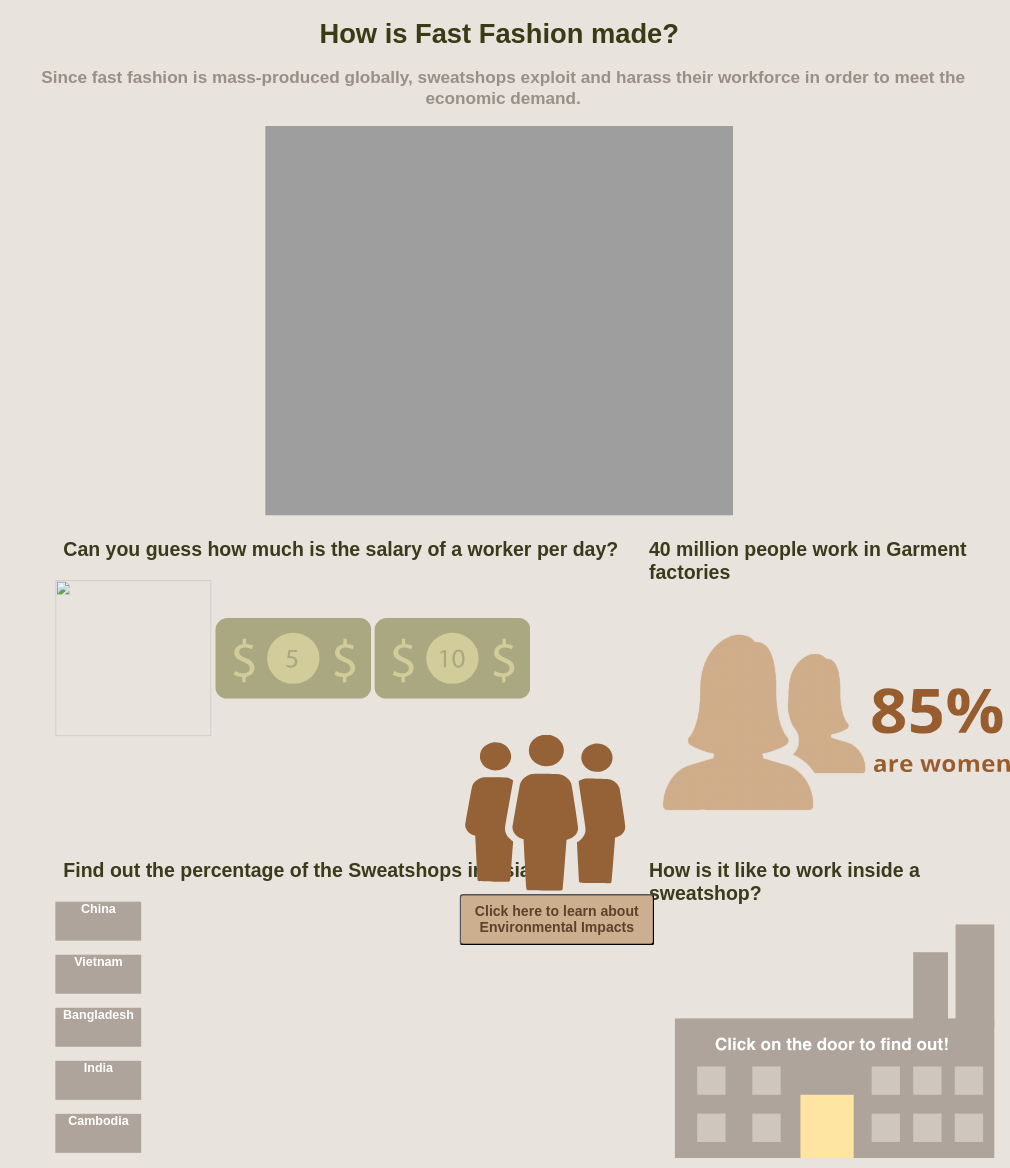
Repository: DevOfHockey/mdia-2190-midterm
Page: fashionlabor.html
The author's editor kept a copy of each file at every save. The page is drawn from the files as they stood at one save, then again after the next save.
The browser window is 1280 px wide. The page is 1295 px wide, so the pictures cover 1295 px, including what lies to the right of the window. The pictures show the whole page, at 78% of full size.

Above is the page before, as saved 2022-03-08 20:47:26.

After the next save:
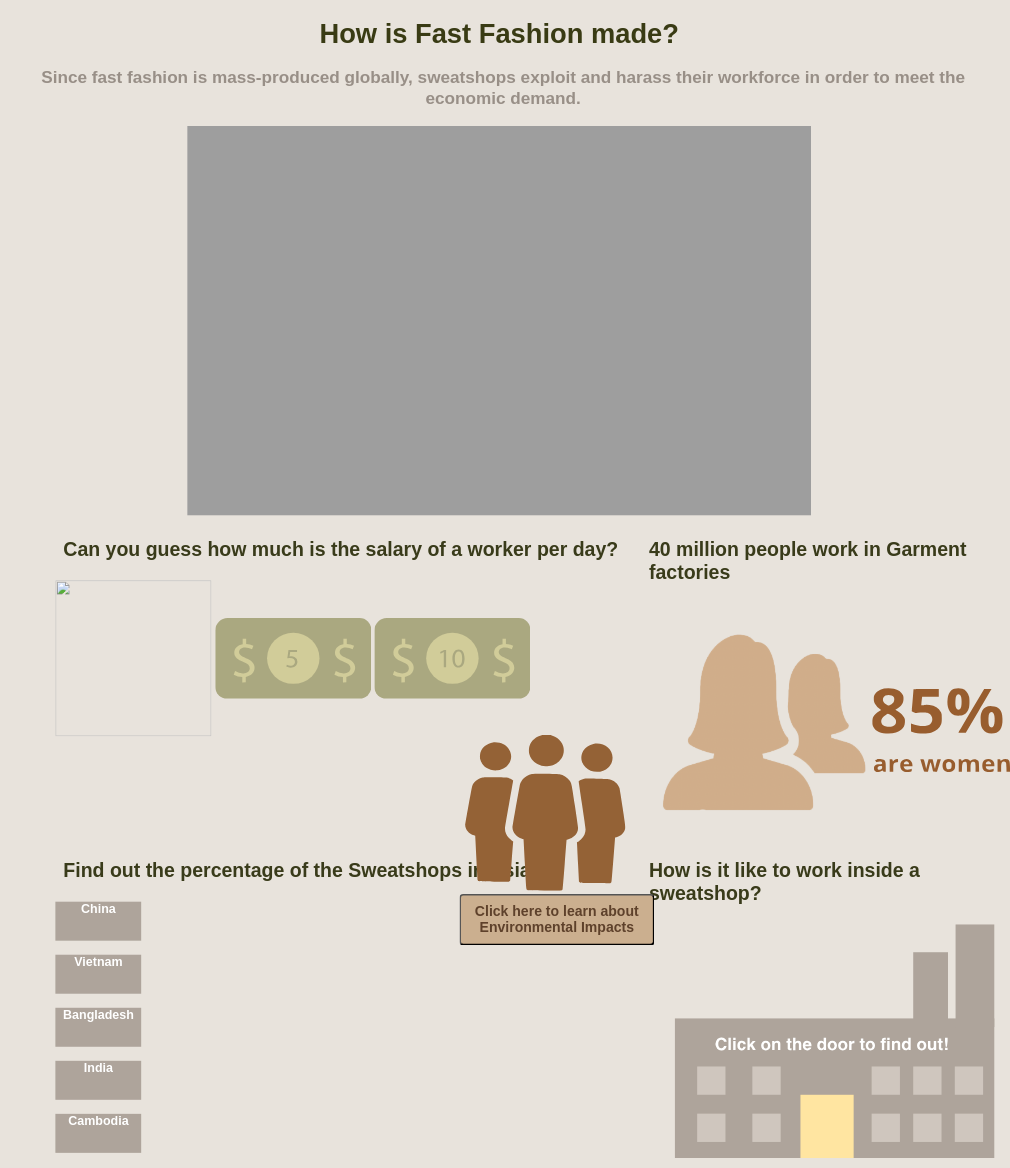
Saved 7 s later.
--- a/comps/laborphotoslider.js
+++ b/comps/laborphotoslider.js
@@ -6,7 +6,7 @@ template_slider.innerHTML = `
 <style>
     img {
         justify-content:center;
-        width: 600px;
+        width: 800px;
         height: 500px;
     }
 </style>
